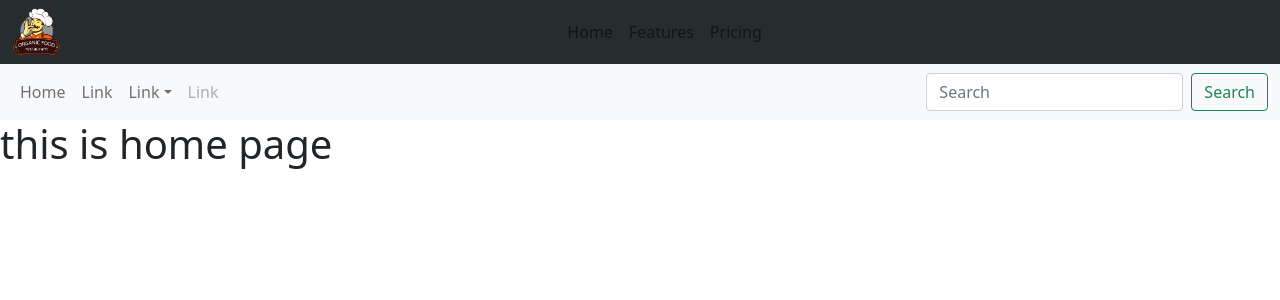
Repository: mdrubel02/organic-food-restaurnat
Page: /
The author's editor kept a copy of each file at every save. The page is drawn from the files as they stood at one save, then again after the next save.
The browser window is 1280 px wide. The pictures show the whole page.
The project was rebuilt for these pictures with package versions that can differ from the ones it lists, and the page was loaded fresh each time.

Above is the page before, as saved 2022-07-02 16:03:40.

### src/index.css
@import url('https://fonts.googleapis.com/css2?family=Poppins:wght@300;400;500;600&display=swap');

* {
    margin: 0;
    padding: 0;
    border: 0;
    outline: 0;
    box-sizing: border-box;
    list-style: none;
    text-decoration: none;
}

:root {
    --color-bg: #272D2F;
    --color-bg-variant: #ffec78;
    --color-primary: #eb671b;
    --color-primary-variant: #310e0e;

    --transition: all 400ms ease;
}

body {
    font-family: 'Poppins', sans-serif;
}

h1,
h2,
h3,
h4,
h5,
h6 {
    font-weight: 500;
}

a {
    color: var(--color-primary);
    transition: var(--transition);
}

a:hover {
    color: var(--color-white);
}

.button {
    text-align: center;
    width: max-content;
    display: inline-block;
    color: var(--color-primary);
    padding: 0.75rem 1.2rem;
    border-radius: 0.4rem;
    border: 1px solid var(--color-primary);
    transition: var(--transition);
}

.button:hover {
    background: var(--color-white);
    color: var(--color-bg);
    border-color: transparent;
}

.button-primary {
    background: var(--color-primary);
    color: var(--color-bg);
}

img {
    display: block;
    width: 100%;
    object-fit: cover;
}

### src/App.js
import { Route, Routes } from "react-router-dom";
import HeaderOne from "./Components/Header/HeaderOne.js";
import HeaderTwo from "./Components/Header/HeaderTwo.js";
import Home from "./Components/Home/Home";


function App() {
  return (
    <div>
      <HeaderOne />
      <HeaderTwo />
      <Routes>
        <Route path="/" element={<Home />} />
      </Routes>
    </div>
  );
}

export default App;

### src/Components/Header/HeaderOne.js
import React from 'react';
import './HeaderOne.css'
import Container from 'react-bootstrap/Container';
import { Navbar, Nav } from 'react-bootstrap';
import logo from '../../Accets/restaurant logo.png'
import { Link } from 'react-router-dom';

const HeaderOne = () => {
    return (
        <Navbar className='one'>
            <Container fluid>
                <Link to='/'>
                    <img className='logo img' src={logo} alt="" />
                </Link>
                <Nav className="mx-auto">
                    <Nav.Link href="#home">Home</Nav.Link>
                    <Nav.Link href="#features">Features</Nav.Link>
                    <Nav.Link href="#pricing">Pricing</Nav.Link>
                </Nav>
            </Container>
        </Navbar>
    );
};

export default HeaderOne;

### src/Components/Header/HeaderTwo.js
import React from 'react';
import { Button, Container, Form, Nav, Navbar, NavDropdown } from 'react-bootstrap';
import Avatar from 'react-avatar';

const HeaderTwo = () => {
    return (
        <Navbar bg="light" expand="lg">
        <Container fluid>

          <Navbar.Toggle aria-controls="navbarScroll" />
          <Navbar.Collapse id="navbarScroll">
            <Nav
              className="me-auto my-2 my-lg-0"
              style={{ maxHeight: '100px' }}
              navbarScroll
            >
              <Nav.Link href="#action1">Home</Nav.Link>
              <Nav.Link href="#action2">Link</Nav.Link>
              <NavDropdown title="Link" id="navbarScrollingDropdown">
                <NavDropdown.Item href="#action3">Action</NavDropdown.Item>
                <NavDropdown.Item href="#action4">
                  Another action
                </NavDropdown.Item>
                <NavDropdown.Divider />
                <NavDropdown.Item href="#action5">
                  Something else here
                </NavDropdown.Item>
              </NavDropdown>
              <Nav.Link href="#" disabled>
                Link
              </Nav.Link>
            </Nav>
            <Form className="d-flex">
              <Form.Control
                type="search"
                placeholder="Search"
                className="me-2"
                aria-label="Search"
              />
              <Button variant="outline-success">Search</Button>
            </Form>
          </Navbar.Collapse>
        </Container>
      </Navbar>
    );
};

export default HeaderTwo;

### src/Components/Home/Home.js
import React from 'react';

const Home = () => {
    return (
        <div>
            <h1>this is home page</h1>
        </div>
    );
};

export default Home;

### src/Components/Header/HeaderOne.css
.one{
    background-color: var(--color-bg);
}
.logo{
    height: 3rem;
}

Loaded but not shown: public/index.html (common file); src/index.js (common file); src/reportWebVitals.js (common file)

After the next save:
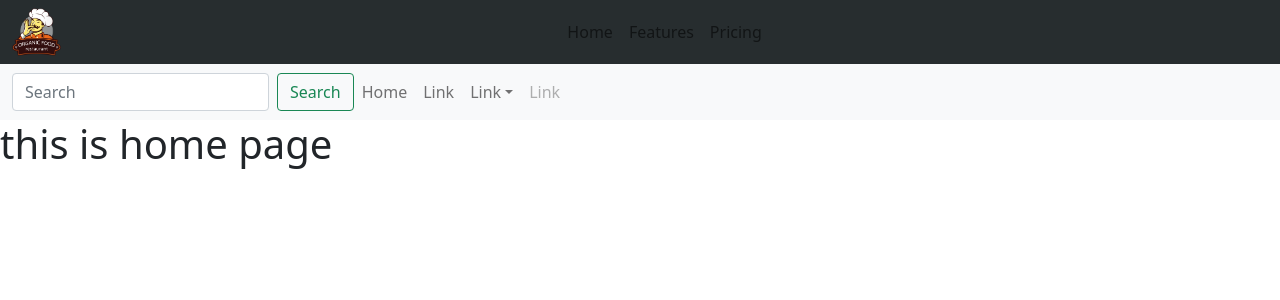
Saved 2 min 8 s later.
--- a/src/Components/Header/HeaderTwo.js
+++ b/src/Components/Header/HeaderTwo.js
@@ -5,43 +5,43 @@ import Avatar from 'react-avatar';
 const HeaderTwo = () => {
     return (
         <Navbar bg="light" expand="lg">
-        <Container fluid>
+            <Container fluid>
+                <Form className="d-flex">
+                    <Form.Control
+                        type="search"
+                        placeholder="Search"
+                        className="me-2"
+                        aria-label="Search"
+                    />
+                    <Button variant="outline-success">Search</Button>
+                </Form>
+                <Navbar.Toggle aria-controls="navbarScroll" />
+                <Navbar.Collapse id="navbarScroll">
+                    <Nav
+                        className="me-auto my-2 my-lg-0"
+                        style={{ maxHeight: '100px' }}
+                        navbarScroll
+                    >
+                        <Nav.Link href="#action1">Home</Nav.Link>
+                        <Nav.Link href="#action2">Link</Nav.Link>
+                        <NavDropdown title="Link" id="navbarScrollingDropdown">
+                            <NavDropdown.Item href="#action3">Action</NavDropdown.Item>
+                            <NavDropdown.Item href="#action4">
+                                Another action
+                            </NavDropdown.Item>
+                            <NavDropdown.Divider />
+                            <NavDropdown.Item href="#action5">
+                                Something else here
+                            </NavDropdown.Item>
+                        </NavDropdown>
+                        <Nav.Link href="#" disabled>
+                            Link
+                        </Nav.Link>
+                    </Nav>
 
-          <Navbar.Toggle aria-controls="navbarScroll" />
-          <Navbar.Collapse id="navbarScroll">
-            <Nav
-              className="me-auto my-2 my-lg-0"
-              style={{ maxHeight: '100px' }}
-              navbarScroll
-            >
-              <Nav.Link href="#action1">Home</Nav.Link>
-              <Nav.Link href="#action2">Link</Nav.Link>
-              <NavDropdown title="Link" id="navbarScrollingDropdown">
-                <NavDropdown.Item href="#action3">Action</NavDropdown.Item>
-                <NavDropdown.Item href="#action4">
-                  Another action
-                </NavDropdown.Item>
-                <NavDropdown.Divider />
-                <NavDropdown.Item href="#action5">
-                  Something else here
-                </NavDropdown.Item>
-              </NavDropdown>
-              <Nav.Link href="#" disabled>
-                Link
-              </Nav.Link>
-            </Nav>
-            <Form className="d-flex">
-              <Form.Control
-                type="search"
-                placeholder="Search"
-                className="me-2"
-                aria-label="Search"
-              />
-              <Button variant="outline-success">Search</Button>
-            </Form>
-          </Navbar.Collapse>
-        </Container>
-      </Navbar>
+                </Navbar.Collapse>
+            </Container>
+        </Navbar>
     );
 };
 
